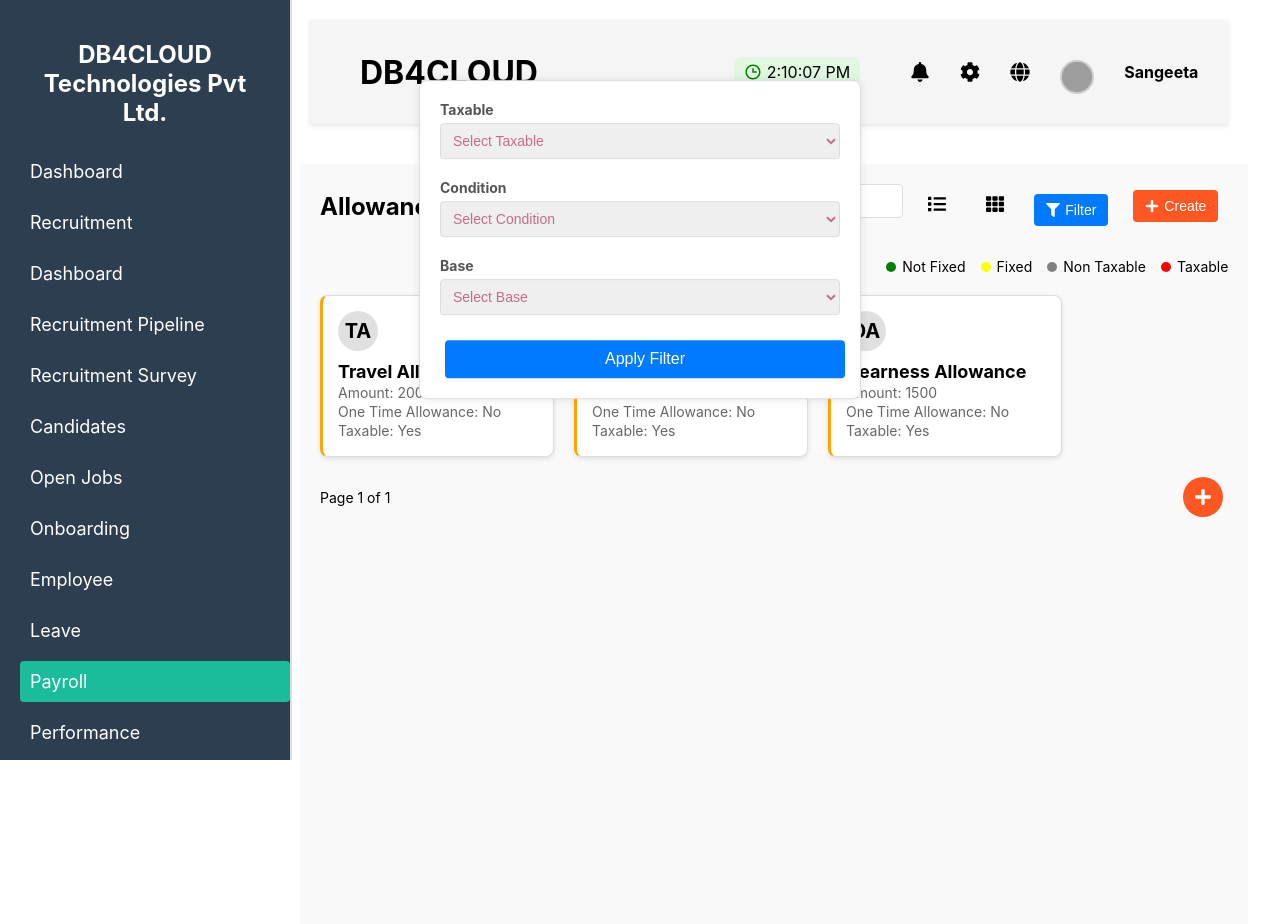
Repository: tinu-ns/Dev-code
Page: /payroll/allowances (app in HRMS-DEMO-Sang/hrms/), after clicking the first element matching `button.filter-btn`
These files come from the project's save history. The page is drawn as it stood at one moment and after the next save; the edit follows.
The browser window is 1280 px wide. The pictures show the whole page.
Pictures or frames that could not be fetched are drawn as grey boxes. The project was rebuilt for these pictures with package versions that can differ from the ones it lists, and the page was loaded fresh each time. Also part of the build but not shown: HRMS-DEMO-Sang/hrms/src/components/Dashboard.js, HRMS-DEMO-Sang/hrms/src/components/Recruitment/RecruitmentDashboard.js, HRMS-DEMO-Sang/hrms/src/components/Recruitment/RecruitmentPipeline.js, HRMS-DEMO-Sang/hrms/src/components/Payroll/Contract.js, HRMS-DEMO-Sang/hrms/src/components/Payroll/Deductions.js, HRMS-DEMO-Sang/hrms/src/components/Payroll/Payslips.js, HRMS-DEMO-Sang/hrms/src/components/Payroll/PayrollDashboard.js, HRMS-DEMO-Sang/hrms/src/components/MainContent.css and 14 more.

Above is the page before, as saved 2024-11-15 11:08:32.

After the next save:
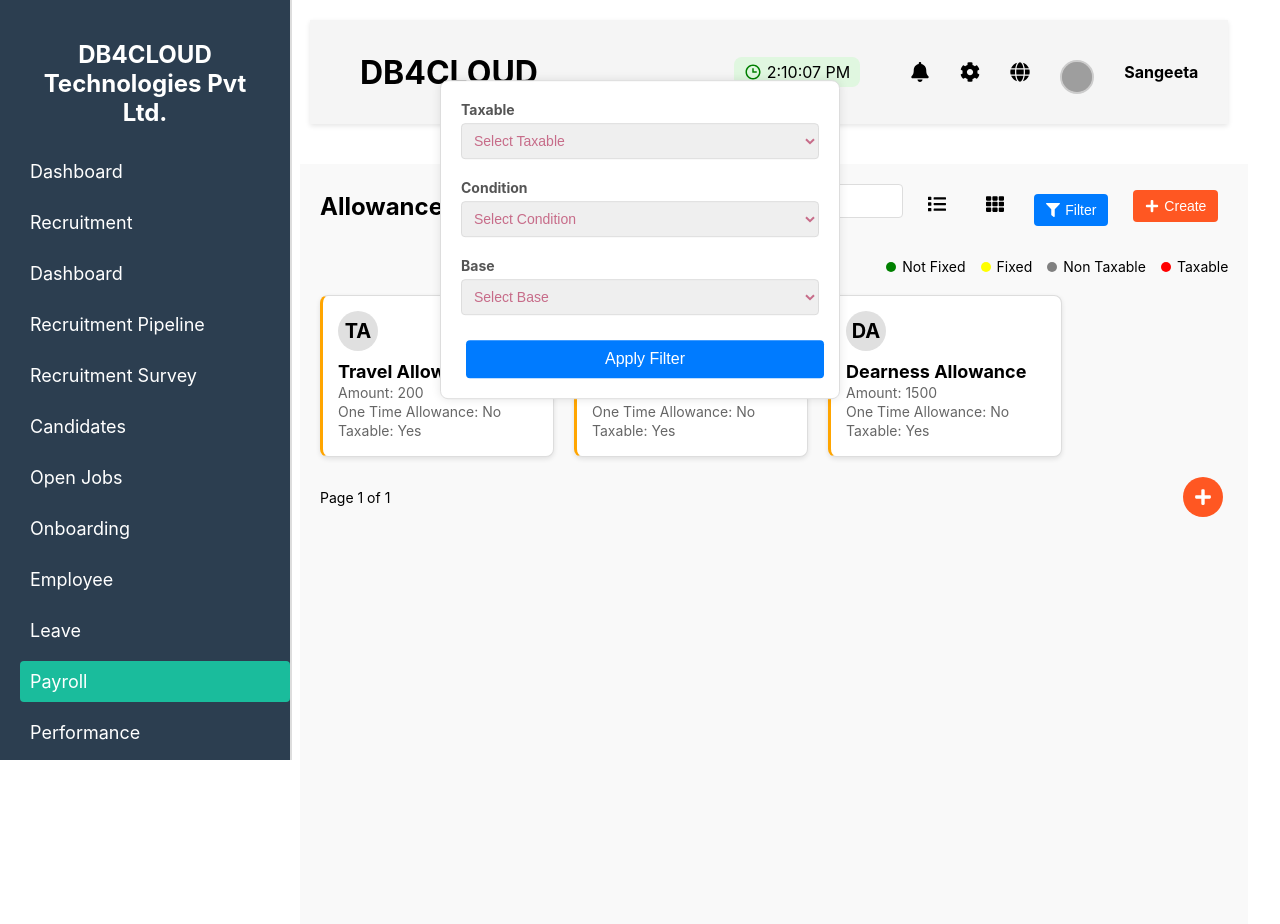
Saved 25 s later.
--- a/HRMS-DEMO-Sang/hrms/src/components/Payroll/Contract.css
+++ b/HRMS-DEMO-Sang/hrms/src/components/Payroll/Contract.css
@@ -260,11 +260,9 @@
 
   /* Filter Popup */
   .filter-popup {
-    background-color: #fff;
     padding: 20px;
-    border-radius: 8px;
-    width: 400px;
-    box-shadow: 0 4px 8px rgba(0, 0, 0, 0.1);
+    width: 100%; /* Ensures content fills container width */
+    box-sizing: border-box;
   }
 
   .filter-popup h2 {
